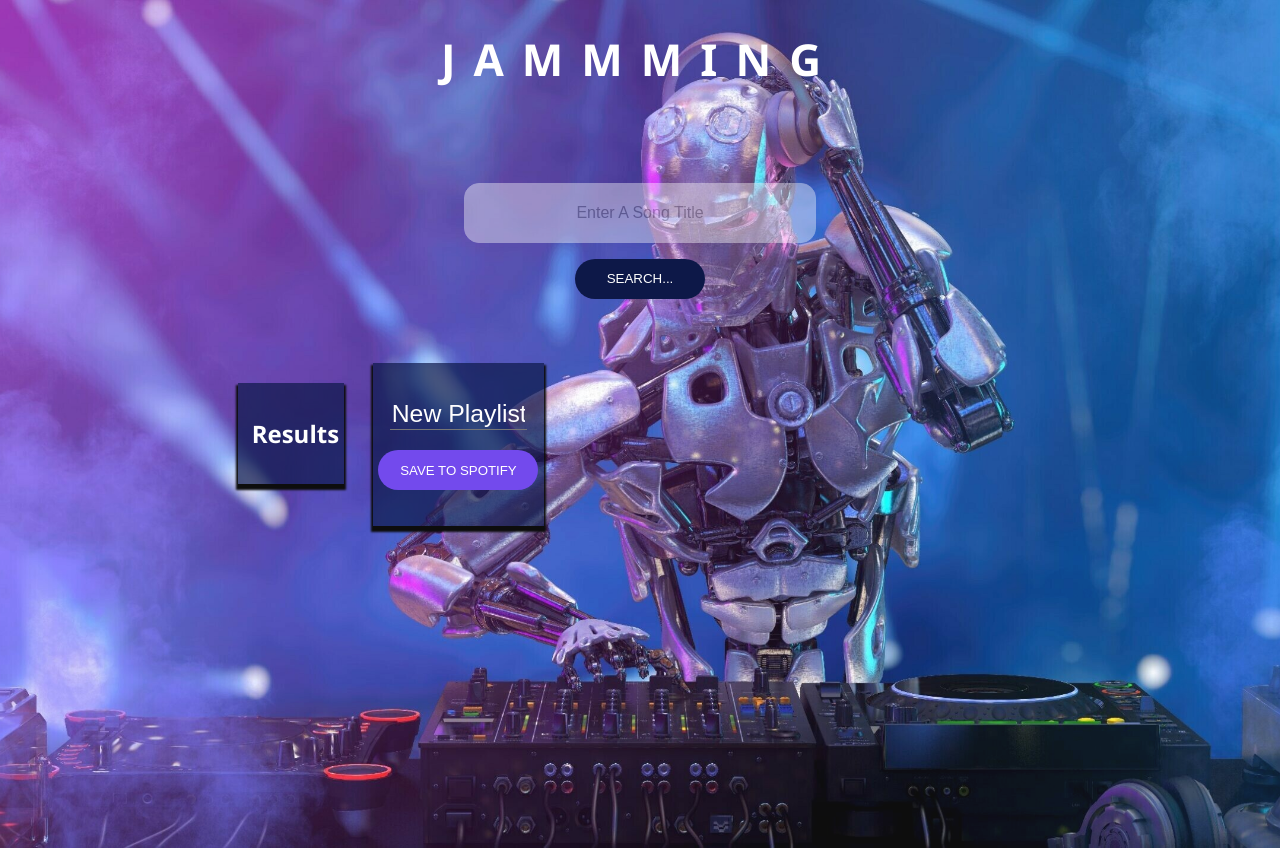
Repository: LolaSL/jamming
Page: /
The author's editor kept a copy of each file at every save. The page is drawn from the files as they stood at one save, then again after a run of saves.
The browser window is 1280 px wide. The pictures show the whole page.
The project was rebuilt for these pictures with package versions that can differ from the ones it lists, and the page was loaded fresh each time. Also part of the build but not shown: src/components/Track/Track.css, src/components/Track/Track.jsx.

Above is the page before, as saved 2023-06-22 18:57:29.

After the next 3 saves:
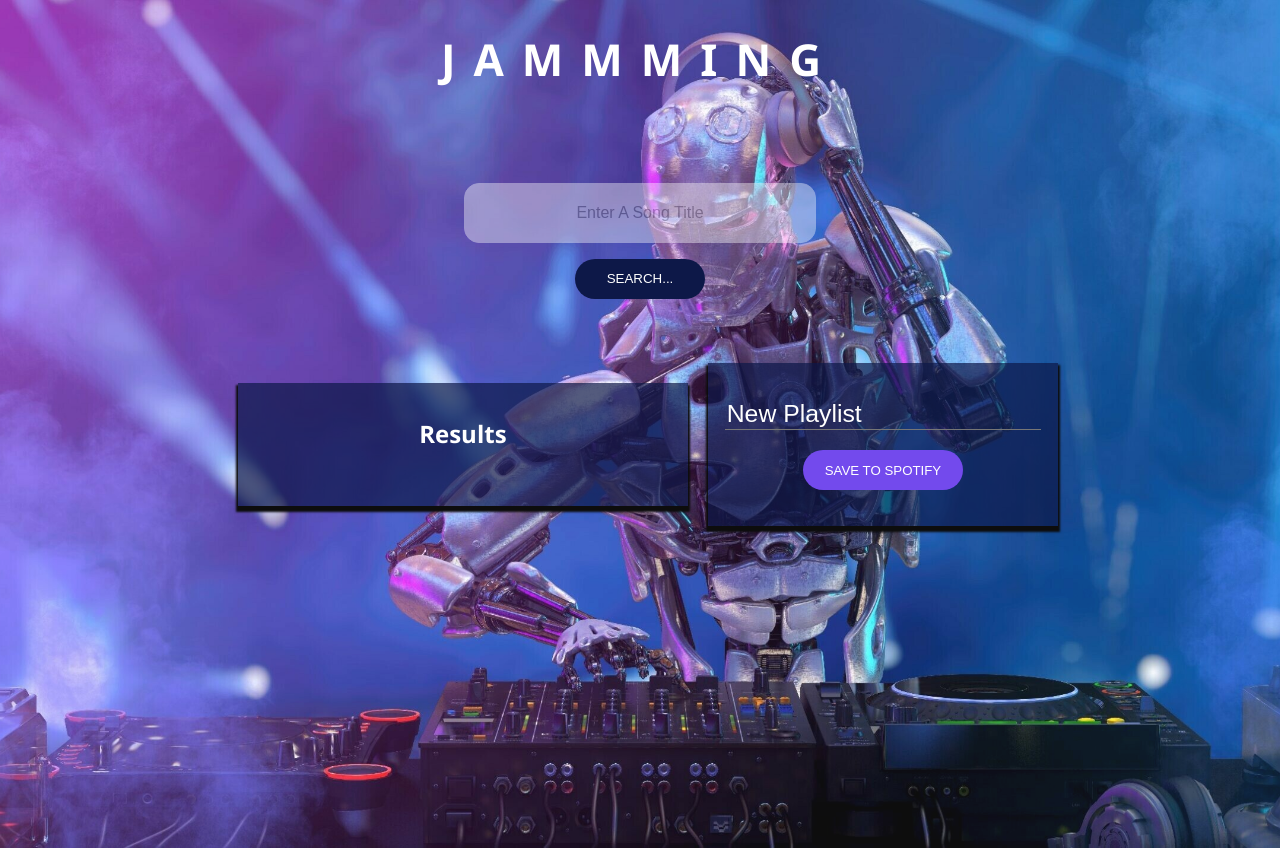
The 3 saves are shown as one change because 1 did not build or start and some came seconds apart.
The last was saved 24 s later.
--- a/src/App/App.js
+++ b/src/App/App.js
@@ -47,9 +47,9 @@ const App = () => {
       </h1>
       <SearchBar onSearch={search} />
       <div className="App-playlist">
-        <div>
+
         <SearchResults searchResults={searchResults} onAdd={addTrack} />
-       </div> <div>
+
         <Playlist
           playlistName={playlistName}
           playlistTracks={playlistTracks}
@@ -58,7 +58,7 @@ const App = () => {
           onSave={savePlaylist}
         /></div>
       </div>
-    </div>
+
   );
 };
 
